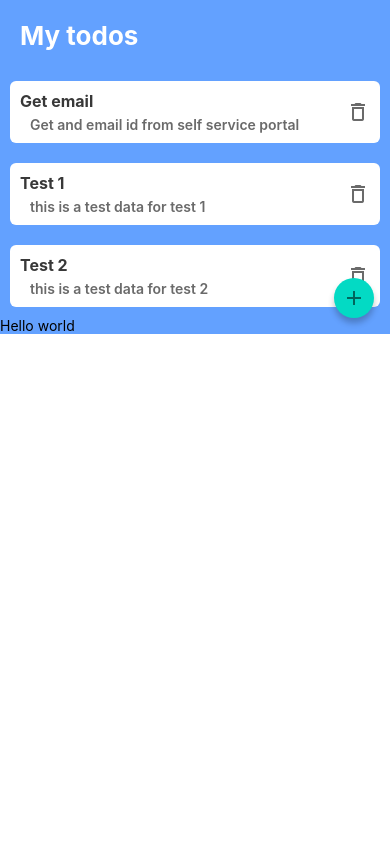
Repository: sadarsh216/Todo-App
Screen: /, after clicking the first element matching `button.css-view-175oi2r`
These files come from the project's save history. The screen is drawn as it stood at one moment and after the next save; the edit follows.
The app was drawn by React Native's web renderer in a window 390 px wide. The project was rebuilt for these pictures with package versions that can differ from the ones it lists, and the page was loaded fresh each time.

Above is the screen before, as saved 2021-10-09 13:33:55.

After the next save:
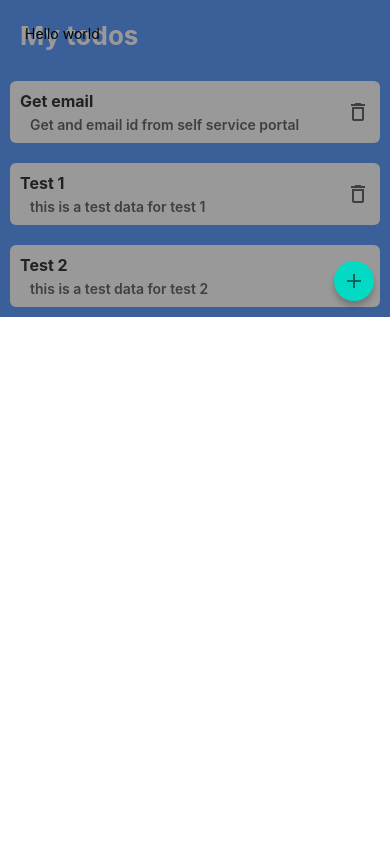
Saved 42 s later.
--- a/App.tsx
+++ b/App.tsx
@@ -22,9 +22,11 @@ export default function App() {
           <Todos />
         </ScrollView>
         {showAdd && (
-          <TouchableWithoutFeedback style={styles.modal}>
-            <Modal />
-          </TouchableWithoutFeedback>
+          <View style={styles.modal}>
+            <TouchableWithoutFeedback>
+              <Modal />
+            </TouchableWithoutFeedback>
+          </View>
         )}
       </View>
       <FAB
